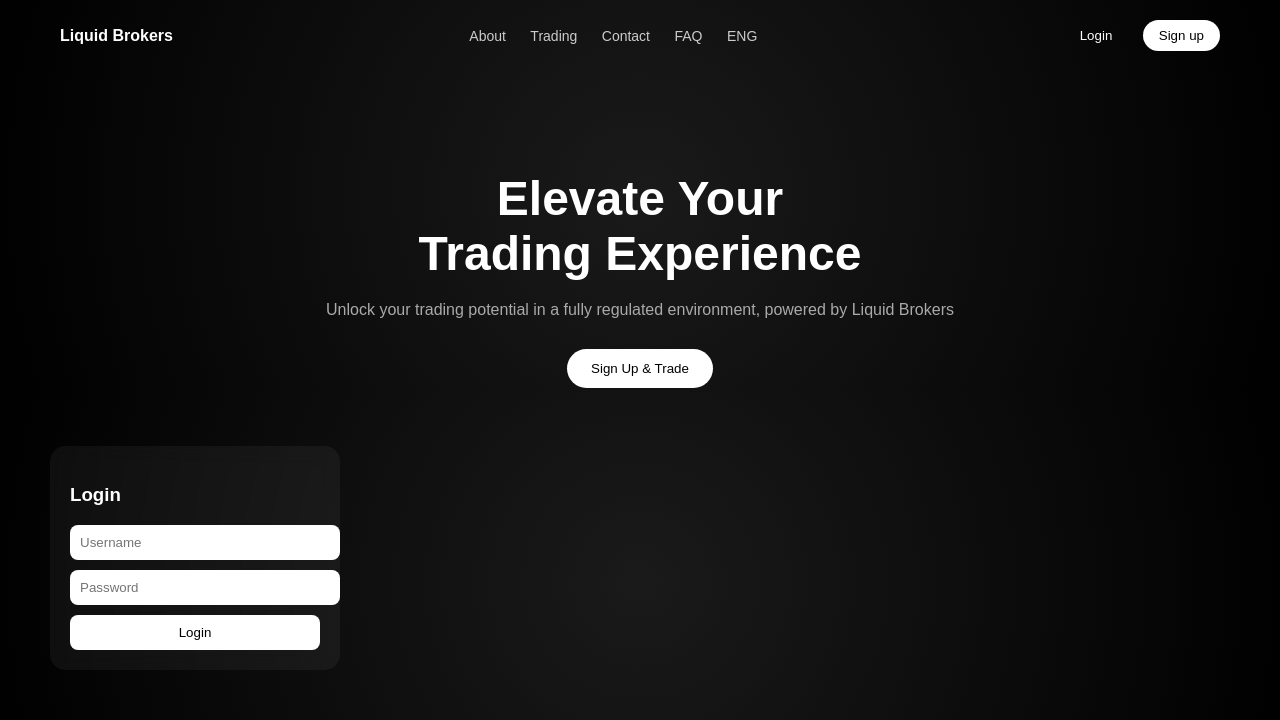
Repository: Csushobhit/NETRA-AI
Page: http://localhost/auth
An editor plug-in stored every save of this project. The page is shown before and after the next save, followed by the edit.
The browser window is 1280 px wide. The pictures show the whole page.
The page is this project's Thymeleaf template; nobody is signed in. The template is opened directly, without the code that normally fills it, so the values that code supplies are empty.

Above is the page before, as saved 2026-04-19 21:09:50.

### socfrontend/socfrontend/src/main/resources/templates/auth.html
<!DOCTYPE html>
<html xmlns:th="http://www.thymeleaf.org">
<head>
    <title>Login</title>
    <link rel="stylesheet" href="/css/auth.css">
</head>
<body>

<div class="navbar">
    <div class="logo">Liquid Brokers</div>

    <div class="nav-links">
        <a href="#">About</a>
        <a href="#">Trading</a>
        <a href="#">Contact</a>
        <a href="#">FAQ</a>
        <a href="#">ENG</a>
    </div>

    <div class="auth-buttons">
        <button class="login-btn">Login</button>
        <button class="signup-btn">Sign up</button>
    </div>
</div>

<div class="hero">

    <h1>Elevate Your<br>Trading Experience</h1>

    <p>Unlock your trading potential in a fully regulated environment, powered by Liquid Brokers</p>

    <button class="cta-btn">Sign Up & Trade</button>

</div>

<!-- LOGIN CARD -->
<div class="login-card">

    <h3>Login</h3>

    <form th:action="@{/login}" method="post">

        <input type="hidden" th:name="${_csrf.parameterName}" th:value="${_csrf.token}" />

        <input type="text" name="username" placeholder="Username" required />

        <input type="password" name="password" placeholder="Password" required />

        <button type="submit">Login</button>

    </form>

</div>

</body>
</html>

### socfrontend/socfrontend/src/main/resources/static/css/auth.css
body {
    margin: 0;
    font-family: Arial, sans-serif;
    color: white;
    background: radial-gradient(circle at center, #1a1a1a, #000000);
    overflow: hidden;
}

/* NAVBAR */
.navbar {
    display: flex;
    justify-content: space-between;
    padding: 20px 60px;
    align-items: center;
}

.logo {
    font-weight: bold;
}

.nav-links a {
    margin: 0 10px;
    color: #ccc;
    text-decoration: none;
    font-size: 14px;
}

.auth-buttons button {
    margin-left: 10px;
    padding: 8px 16px;
    border-radius: 20px;
    border: none;
}

.login-btn {
    background: transparent;
    color: white;
    border: 1px solid #555;
}

.signup-btn {
    background: white;
    color: black;
}

/* HERO */
.hero {
    text-align: center;
    margin-top: 100px;
}

.hero h1 {
    font-size: 48px;
    margin-bottom: 20px;
}

.hero p {
    color: #aaa;
    margin-bottom: 30px;
}

.cta-btn {
    padding: 12px 24px;
    border-radius: 25px;
    border: none;
    background: white;
    color: black;
}

/* LOGIN CARD */
.login-card {
    position: absolute;
    bottom: 50px;
    left: 50px;
    background: rgba(255,255,255,0.05);
    padding: 20px;
    border-radius: 15px;
    backdrop-filter: blur(10px);
    width: 250px;
}

.login-card input {
    width: 100%;
    margin-bottom: 10px;
    padding: 10px;
    border-radius: 8px;
    border: none;
}

.login-card button {
    width: 100%;
    padding: 10px;
    border-radius: 8px;
    border: none;
    background: white;
    color: black;
}

After the next save:
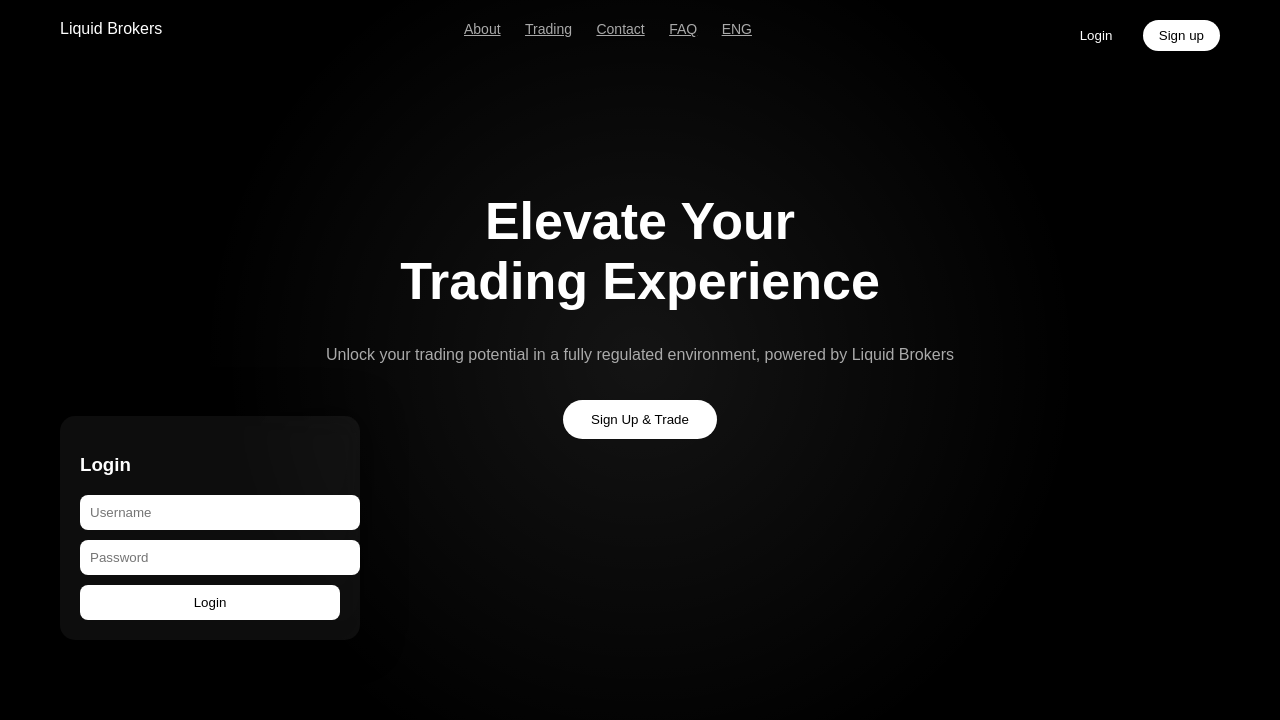
Saved 3 min 9 s later.
--- a/socfrontend/socfrontend/src/main/resources/static/css/auth.css
+++ b/socfrontend/socfrontend/src/main/resources/static/css/auth.css
@@ -2,8 +2,30 @@
     margin: 0;
     font-family: Arial, sans-serif;
     color: white;
-    background: radial-gradient(circle at center, #1a1a1a, #000000);
+    background: black;
     overflow: hidden;
+}
+
+/* BACKGROUND */
+.background {
+    position: fixed;
+    width: 100%;
+    height: 100%;
+    background: url('/images/blob.png') no-repeat center bottom;
+    background-size: 900px;
+    filter: blur(20px);
+    opacity: 0.9;
+    z-index: -2;
+}
+
+/* LIGHT OVERLAY */
+body::before {
+    content: "";
+    position: fixed;
+    width: 100%;
+    height: 100%;
+    background: radial-gradient(circle at center, rgba(255,255,255,0.08), transparent 60%);
+    z-index: -1;
 }
 
 /* NAVBAR */
@@ -11,17 +33,11 @@
     display: flex;
     justify-content: space-between;
     padding: 20px 60px;
-    align-items: center;
-}
-
-.logo {
-    font-weight: bold;
 }
 
 .nav-links a {
     margin: 0 10px;
-    color: #ccc;
-    text-decoration: none;
+    color: #aaa;
     font-size: 14px;
 }
 
@@ -35,7 +51,6 @@
 .login-btn {
     background: transparent;
     color: white;
-    border: 1px solid #555;
 }
 
 .signup-btn {
@@ -46,37 +61,41 @@
 /* HERO */
 .hero {
     text-align: center;
-    margin-top: 100px;
+    margin-top: 120px;
 }
 
 .hero h1 {
-    font-size: 48px;
-    margin-bottom: 20px;
+    font-size: 52px;
+    font-weight: 600;
 }
 
 .hero p {
     color: #aaa;
-    margin-bottom: 30px;
+    margin-top: 15px;
 }
 
 .cta-btn {
-    padding: 12px 24px;
+    margin-top: 20px;
+    padding: 12px 28px;
     border-radius: 25px;
-    border: none;
     background: white;
     color: black;
+    border: none;
 }
 
 /* LOGIN CARD */
 .login-card {
     position: absolute;
-    bottom: 50px;
-    left: 50px;
+    bottom: 80px;
+    left: 60px;
+    width: 260px;
+    padding: 20px;
+
     background: rgba(255,255,255,0.05);
-    padding: 20px;
     border-radius: 15px;
-    backdrop-filter: blur(10px);
-    width: 250px;
+    backdrop-filter: blur(15px);
+
+    box-shadow: 0 0 40px rgba(0,0,0,0.6);
 }
 
 .login-card input {
